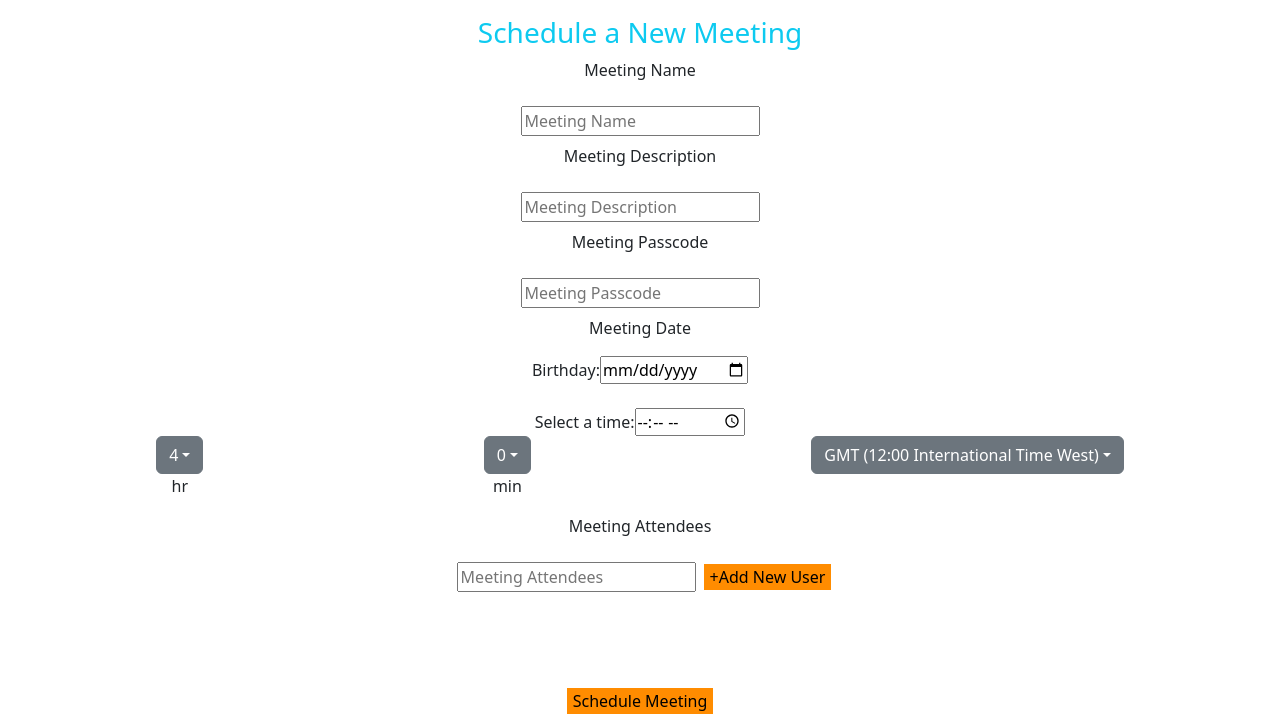
Repository: sreech465/myexam
Page: /smeet
An editor plug-in stored every save of this project. The page is shown before and after the next save, followed by the edit.
The browser window is 1280 px wide. The pictures show the whole page.
The page's requests for data from a server got no answer. The project was rebuilt for these pictures with package versions that can differ from the ones it lists, and the page was loaded fresh each time. No one was signed in, and anything a server would have sent is missing. Also part of the build but not shown: src/Details.js, src/Jmeet.js, src/Joinmeet.js.

Above is the page before, as saved 2023-01-14 17:54:49.

After the next save:
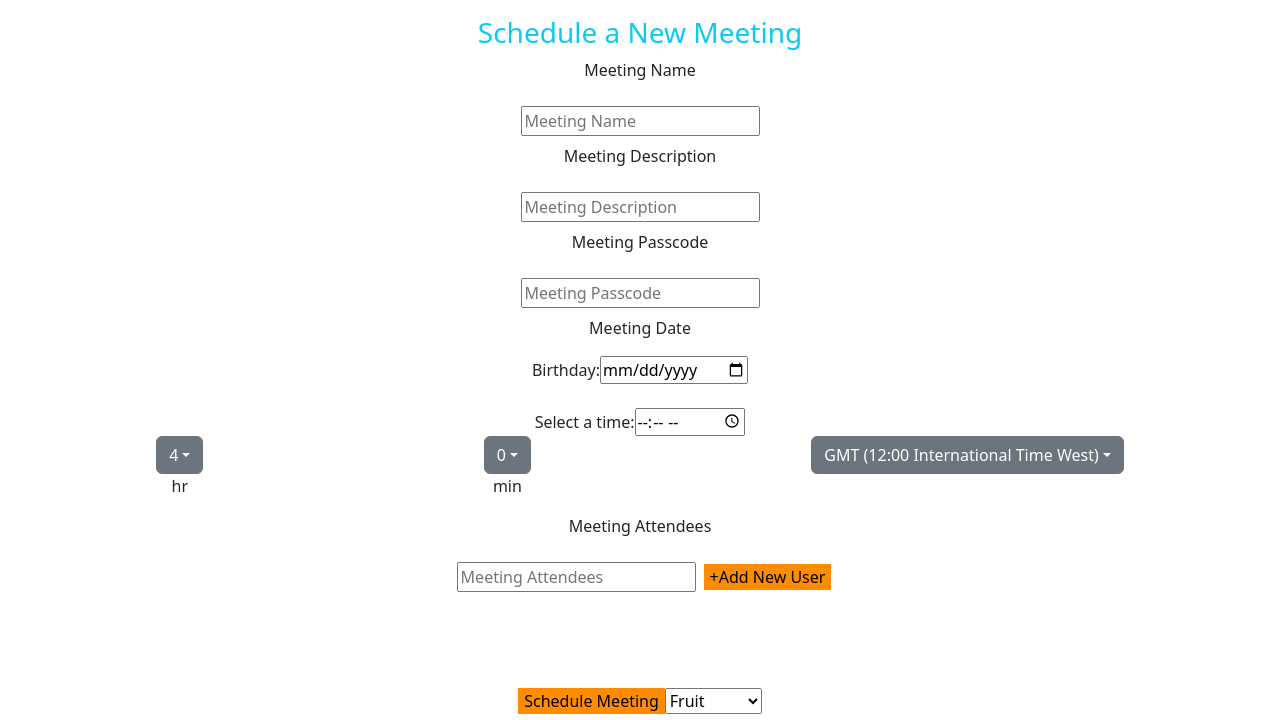
Saved 17 min 44 s later.
--- a/src/Smeet.js
+++ b/src/Smeet.js
@@ -196,6 +196,13 @@
       >
         Schedule Meeting
       </button>
+      <select>
+        <option value="fruit">Fruit</option>
+
+        <option value="vegetable">Vegetable</option>
+
+        <option value="meat">Meat</option>
+      </select>
     </div>
   );
 };
